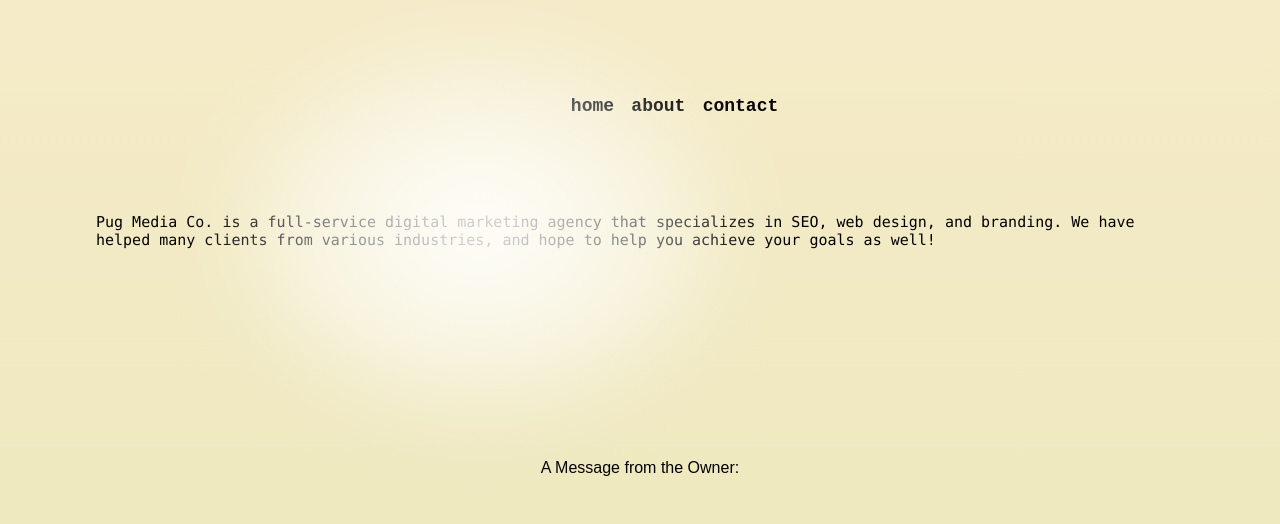
Repository: cheungglenda/MDIA2109-Week3
Page: /
These files come from the project's save history. The page is drawn as it stood at one moment and after the next save; the edit follows.
The browser window is 1280 px wide. The pictures show the whole page.
The project was rebuilt for these pictures with package versions that can differ from the ones it lists, and the page was loaded fresh each time. The framework's server and built-in components were replaced by stand-ins that run in the browser. Also part of the build but not shown: next.config.js, components/Card/index.js.

Above is the page before, as saved 2023-01-20 18:52:52.

### pages/index.js
import Head from 'next/head'
import Image from 'next/image'
import { Inter } from '@next/font/google'
import styles from '@/styles/Home.module.css'
import data from '../data/education.json'
import { useState } from 'react'
import Card from '../components/Card'
import Link from 'next/link'

const inter = Inter({ subsets: ['latin'] })

export default function Home() {

  /** ([...data]) enters the data in the useState and is calling that info. the useState has all the data from the education.json file */
  const [information, setInformation] = useState([...data])
  console.log(data);

  return (
    <>
      <Head>
        <title>Pug Media Co.</title>
        <meta name="description" content="Full-service digital marketing agency" />
        <meta name="viewport" content="width=device-width, initial-scale=1" />
        <link rel="icon" href="/favicon.ico" />
      </Head>
      <main className={styles.main}>
        <div className={styles.buttons}>
      <Link href="/" className={styles.links}>Home</Link>
      <Link href="../about" className={styles.links}>About</Link>
      <Link href="/" className={styles.links}>Contact</Link>
        </div>

        <div className={styles.center}>
          <div className={styles.description}>
            Pug Media Co. is a full-service digital marketing agency that specializes in SEO, web design, and branding. We have helped many clients from various industries, and hope to help you achieve your goals as well!
          </div>
        </div>


        <div className={styles.grid}>
          <div>A Message from the Owner:</div>

        </div>
      </main>
    </>
  )
}

/** .toLowerCase() is input when you don't want to worry about case sensitivity */

### styles/Home.module.css
.main {
  display: flex;
  flex-direction: column;
  justify-content: space-between;
  align-items: center;
  padding: 6rem;
  font-family:arial;
  min-height: 100vh;
  background-image: linear-gradient(rgb(245, 235, 200), rgb(236, 232, 188));

}

.buttons {
  display: flex;
  flex-direction:row;
  justify-content: space-evenly;
  margin-bottom:3%;
}

.links:hover {
  text-decoration:underline;
}

.links {
  font-size: 18px;
  max-width: var(--max-width);
  width: 100%;
  font-weight:900;
  font-family: 'Courier New', Courier, monospace;
  text-transform:lowercase;
  padding-left:10%;
}

.description {
  display: inherit;
  justify-content: inherit;
  align-items: inherit;
  font-size: 15px;
  max-width: var(--max-width);
  width: 100%;
  font-family: var(--font-mono);
}

.description a {
  display: flex;
  justify-content: center;
  align-items: center;
  gap: 0.5rem;
}

.description p {
  position: relative;
  margin: 0;
  padding: 1rem;
  background-color: rgba(var(--callout-rgb), 0.5);
  border: 1px solid rgba(var(--callout-border-rgb), 0.3);
  border-radius: var(--border-radius);
}

.code {
  font-weight: 700;
  font-family: var(--font-mono);
}

.meetTitle {
  font-size: 50px;
  font-weight:700;
  text-transform:lowercase;
  font-family:'Courier New', Courier, monospace;
  text-align:center;
}

.grid {
  display: flex;
  justify-content:center;
  width: var(--max-width);
  max-width: 100%;
  align-items:center;
  flex: 1;
}

.card {
  padding: 1rem 1.2rem;
  border-radius: var(--border-radius);
  background: rgba(var(--card-rgb), 0);
  border: 1px solid rgba(var(--card-border-rgb), 0);
  transition: background 200ms, border 200ms;
}

.card span {
  display: inline-block;
  transition: transform 200ms;
}

.info {
  font-family:Arial, Helvetica, sans-serif;
}

.card h2 {
  font-weight: 600;
  margin-bottom: 0.7rem;
}

.card p {
  margin: 0;
  opacity: 0.6;
  font-size: 0.9rem;
  line-height: 1.5;
  max-width: 30ch;
}


.employees {
  display:flex;
  gap:20px;
  width: 80%;
  text-align:center;
  font-family:'Courier New', Courier, monospace;
}

.titleDesc {
  font-size:16px;
  margin-bottom:3%;
}

.center {
  display: flex;
  justify-content: center;
  align-items: center;
  position: relative;
  padding: 4rem 0;
}

.center::before {
  background: var(--secondary-glow);
  border-radius: 50%;
  width: 480px;
  height: 360px;
  margin-left: -400px;
}

.center::after {
  background: var(--primary-glow);
  width: 240px;
  height: 180px;
  z-index: -1;
}

.center::before,
.center::after {
  content: '';
  left: 50%;
  position: absolute;
  filter: blur(45px);
  transform: translateZ(0);
}

.logo,
.thirteen {
  position: relative;
}

.thirteen {
  display: flex;
  justify-content: center;
  align-items: center;
  width: 75px;
  height: 75px;
  padding: 25px 10px;
  margin-left: 16px;
  transform: translateZ(0);
  border-radius: var(--border-radius);
  overflow: hidden;
  box-shadow: 0px 2px 8px -1px #0000001a;
}

.thirteen::before,
.thirteen::after {
  content: '';
  position: absolute;
  z-index: -1;
}

/* Conic Gradient Animation */
.thirteen::before {
  animation: 6s rotate linear infinite;
  width: 200%;
  height: 200%;
  background: var(--tile-border);
}

/* Inner Square */
.thirteen::after {
  inset: 0;
  padding: 1px;
  border-radius: var(--border-radius);
  background: linear-gradient(
    to bottom right,
    rgba(var(--tile-start-rgb), 1),
    rgba(var(--tile-end-rgb), 1)
  );
  background-clip: content-box;
}

/* Enable hover only on non-touch devices */
@media (hover: hover) and (pointer: fine) {
  .card:hover {
    background: rgba(var(--card-rgb), 0.1);
    border: 1px solid rgba(var(--card-border-rgb), 0.15);
  }

  .card:hover span {
    transform: translateX(4px);
  }
}

@media (prefers-reduced-motion) {
  .thirteen::before {
    animation: none;
  }

  .card:hover span {
    transform: none;
  }
}

/* Mobile */
@media (max-width: 700px) {
  .content {
    padding: 4rem;
  }

  .grid {
    grid-template-columns: 1fr;
    margin-bottom: 120px;
    max-width: 320px;
    text-align: center;
  }

  .card {
    padding: 1rem 2.5rem;
  }

  .card h2 {
    margin-bottom: 0.5rem;
  }

  .center {
    padding: 8rem 0 6rem;
  }

  .center::before {
    transform: none;
    height: 300px;
  }

  .description {
    font-size: 0.8rem;
  }

  .description a {
    padding: 1rem;
  }

  .description p,
  .description div {
    display: flex;
    justify-content: center;
    position: fixed;
    width: 100%;
  }

  .description p {
    align-items: center;
    inset: 0 0 auto;
    padding: 2rem 1rem 1.4rem;
    border-radius: 0;
    border: none;
    border-bottom: 1px solid rgba(var(--callout-border-rgb), 0.25);
    background: linear-gradient(
      to bottom,
      rgba(var(--background-start-rgb), 1),
      rgba(var(--callout-rgb), 0.5)
    );
    background-clip: padding-box;
    backdrop-filter: blur(24px);
  }

  .description div {
    align-items: flex-end;
    pointer-events: none;
    inset: auto 0 0;
    padding: 2rem;
    height: 200px;
    background: linear-gradient(
      to bottom,
      transparent 0%,
      rgb(var(--background-end-rgb)) 40%
    );
    z-index: 1;
  }
}

/* Tablet and Smaller Desktop */
@media (min-width: 701px) and (max-width: 1120px) {
  .grid {
    grid-template-columns: repeat(2, 50%);
  }
}

@media (prefers-color-scheme: dark) {

  .main {
    background-image: linear-gradient(rgb(51, 65, 14), rgb(169, 169, 110));
  }

  .vercelLogo {
    filter: invert(1);
  }

  .logo,
  .thirteen img {
    filter: invert(1) drop-shadow(0 0 0.3rem #ffffff70);
  }


  .meetTitle {
    color:white;
  }

  .titleDesc {
    color:white;
  }

  .links {
    color: white;
  }

  .employees {
    color: black;
  }
}

@keyframes rotate {
  from {
    transform: rotate(360deg);
  }
  to {
    transform: rotate(0deg);
  }
}

### data/education.json
[
        {
            "studentNumber": "A0004567",
            "firstName": "Person 1",
            "gpa": 3.8,
            "department": "Business",
            "degree": "Finance",
            "graduted": 2014
        },
        {
            "studentNumber": "A0001234",
            "firstName": "Person 2",
            "gpa": 3.5,
            "department": "Business",
            "degree": "Accounting",
            "graduted": 2010
        },
        {
            "studentNumber": "A0007890",
            "firstName": "Person 3",
            "gpa": 3.2,
            "department": "Computing",
            "degree": "Applied Software Development Certificate",
            "graduted": 2018
        },
        {
            "studentNumber": "A0007828",
            "firstName": "Person 4",
            "gpa": 3.9,
            "department": "Computing",
            "degree": "Computer Systems Diploma",
            "graduted": 2021
        },
        {
            "studentNumber": "A0003425",
            "firstName": "Person 5",
            "gpa": 3.2,
            "department": "Computing",
            "degree": "Applied Computer Information Systems Certificate",
            "graduted": 2021
        }
]

Loaded but not shown: pages/_app.js (common file); pages/_document.js (common file); styles/globals.css (common file)

After the next save:
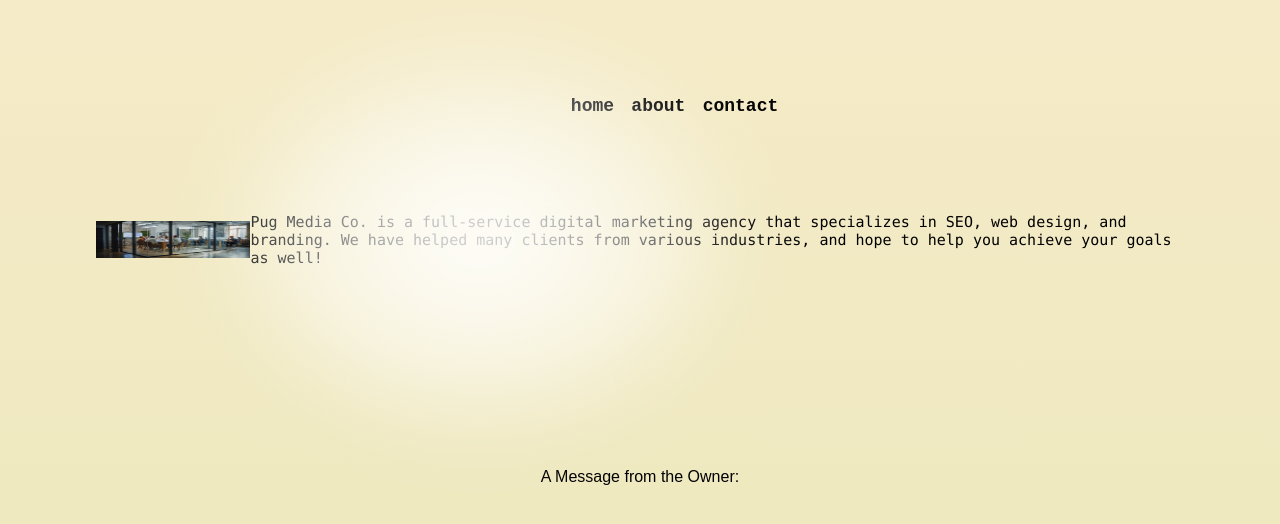
Saved 2 min 1 s later.
--- a/pages/index.js
+++ b/pages/index.js
@@ -31,6 +31,14 @@
         </div>
 
         <div className={styles.center}>
+          <Image
+            className={styles.logo}
+            src="/office.jpeg"
+            alt="Next.js Logo"
+            width={180}
+            height={37}
+            priority
+          />
           <div className={styles.description}>
             Pug Media Co. is a full-service digital marketing agency that specializes in SEO, web design, and branding. We have helped many clients from various industries, and hope to help you achieve your goals as well!
           </div>
